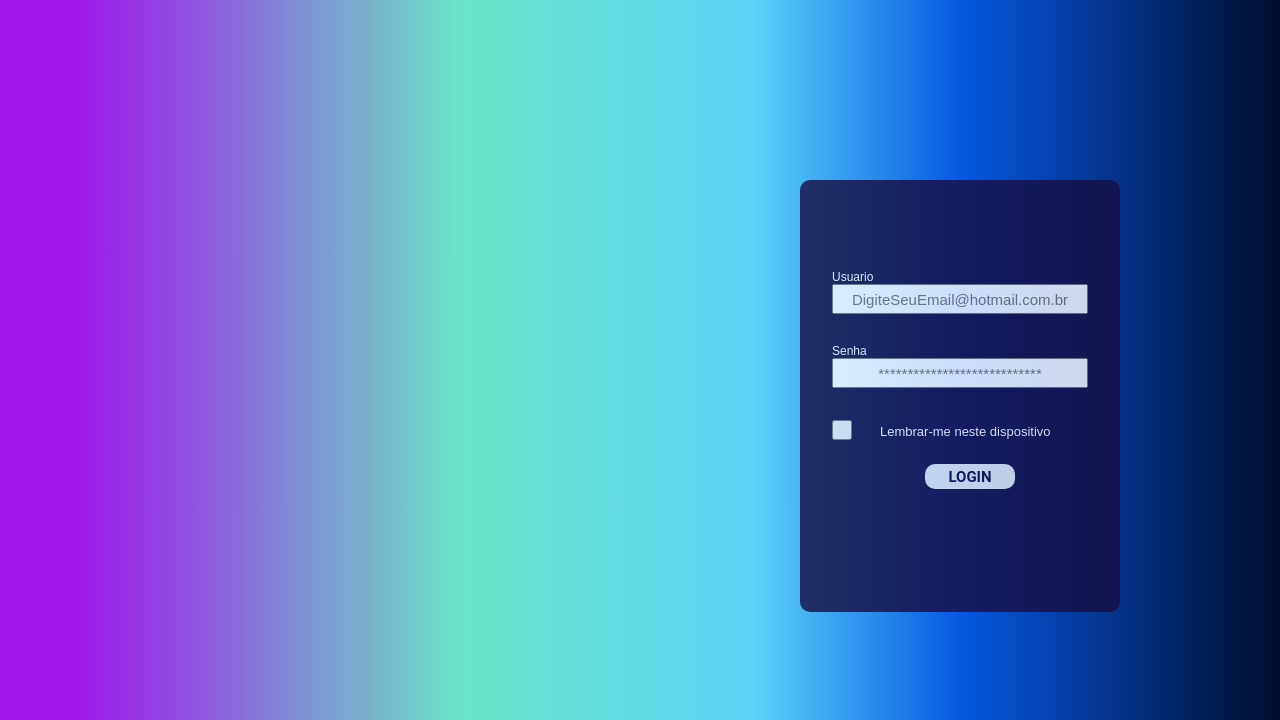
Repository: KevynMarques/Estudos-Reactjs-Firebase
Page: /
An editor plug-in stored every save of this project. The page is shown before and after the next save, followed by the edit.
The browser window is 1280 px wide. The pictures show the whole page.
The page's requests for data from a server got no answer. The project was rebuilt for these pictures with package versions that can differ from the ones it lists, and the page was loaded fresh each time. No one was signed in, and anything a server would have sent is missing. Also part of the build but not shown: src/Pages/Page2.jsx.

Above is the page before, as saved 2022-08-23 14:51:13.

### public/index.html
<!DOCTYPE html>
<html lang="pt-BR">
  <head>
    <meta charset="utf-8" />
    <link rel="icon" href="%PUBLIC_URL%/favicon.ico" />
    <meta name="viewport" content="width=device-width, initial-scale=1" />
    <meta name="theme-color" content="#000000" />
    <meta
      name="description"
      content="Web site created using create-react-app"
    />
    <link rel="apple-touch-icon" href="%PUBLIC_URL%/logo192.png" />
    <!--
      manifest.json provides metadata used when your web app is installed on a
      user's mobile device or desktop. See https://developers.google.com/web/fundamentals/web-app-manifest/
    -->
    <link rel="manifest" href="%PUBLIC_URL%/manifest.json" />
    <!--
      Notice the use of %PUBLIC_URL% in the tags above.
      It will be replaced with the URL of the `public` folder during the build.
      Only files inside the `public` folder can be referenced from the HTML.

      Unlike "/favicon.ico" or "favicon.ico", "%PUBLIC_URL%/favicon.ico" will
      work correctly both with client-side routing and a non-root public URL.
      Learn how to configure a non-root public URL by running `npm run build`.
    -->
    <title>Squad</title>
  </head>
  <body>
    <noscript>You need to enable JavaScript to run this app.</noscript>
    <div id="root"></div>
    <!--
      This HTML file is a template.
      If you open it directly in the browser, you will see an empty page.

      You can add webfonts, meta tags, or analytics to this file.
      The build step will place the bundled scripts into the <body> tag.

      To begin the development, run `npm start` or `yarn start`.
      To create a production bundle, use `npm run build` or `yarn build`.
    -->
  </body>
</html>

### src/App.jsx
import React from "react";
import Router from "./Routers/router";
import { GlobalStyle } from "./GlobalStyle";



function App() {
  return (
    <>
    <GlobalStyle/>
      <Router/>
    </>
  );
}

export default App;

### src/Routers/router.jsx
import { BrowserRouter, Routes, Route } from "react-router-dom";
import { Page1 } from "../Pages/Page1";
import { Page2 } from "../Pages/Page2";



export default () => {
  return (
    <>
    <BrowserRouter >
    <Routes >
      <Route path="/" element={<Page1 />} />
      <Route path="/Page2" element={<Page2 />} />
    </Routes>
    </BrowserRouter>
    </>
  );
}

### src/GlobalStyle.jsx

import { createGlobalStyle } from 'styled-components';

export const GlobalStyle = createGlobalStyle`
 * {
   margin: 0;
   padding: 0;
   box-sizing: border-box;
 }
`;

### src/Pages/Page1.jsx
import React from "react";
import { Login } from "../Components/Login/index";


export const Page1 = ()=>{
   return(
    <Login />
   );
}

### src/Components/Login/index.jsx
import React from "react";
import { authConfig } from "../../Auth/config";
import { BoxHome, BoxLogin, ButtomLogin, InputDeLogin, Remember, TextLogin, TextRemember, TextTittle} from "./style";






export const Login =()=>{
  return (
    <BoxHome>
      <TextTittle>

      </TextTittle>

    <BoxLogin>
       <TextLogin>Usuario</TextLogin>
       <InputDeLogin type="email" id="email" name="email" placeholder="DigiteSeuEmail@hotmail.com.br" />
       <TextLogin>Senha</TextLogin>
       <InputDeLogin type="text" id="password" name="password"  placeholder="****************************"/>
      <Remember />
      <TextRemember>Lembrar-me neste dispositivo</TextRemember>
     <ButtomLogin>
      LOGIN
     </ButtomLogin>
    </BoxLogin>
    </BoxHome>
  )
}

### src/Auth/config.jsx
import * as firebase from 'firebase/app';
import 'firebase/auth';

export const authConfig = firebase.initializeApp({
  apiKey: process.env.REACT_APP_FIREBASE_KEY,
  authDomain: process.env.REACT_APP_FIREBASE_DOMAIN,
  projectId: process.env.REACT_APP_FIREBASE_PROJECT_ID,
  storageBucket: process.env.REACT_APP_FIREBASE_STORAGE_BUCKET,
  messagingSenderId:process.env.REACT_APP_FIREBASE_SENDER_ID,
});

### src/Components/Login/style.jsx
import styled from "styled-components";

export const BoxHome = styled.div`
display: flex;
align-items: center;
justify-content: center;
background: rgb(159,22,235);
background: linear-gradient(90deg, rgba(159,22,235,1) 6%, rgba(106,228,197,1) 36%, rgba(91,210,249,1) 59%, rgba(6,88,226,1) 75%, rgba(0,13,45,1) 100%);
height: 100vh;
`;


export const TextTittle = styled.h1`


`;

export const BoxLogin = styled.div`
  width: 25vw;
  height: 60vh;
  background-color: #170d43;
  opacity: 0.8;
  border-radius: 10px;
  margin-top: 10vh;
  margin-left: 50vw;
  display: flex;
  flex-direction: column;
  padding-top: 60px;
`;

export const InputDeLogin = styled.input`
width: 80%;
margin-left: 10%;
height: 30px;
text-align: center;
font-size: 15px;

`;

export const TextLogin = styled.label`
 color: white;
 font-family: Arial, Helvetica, sans-serif;
 font-size: 12px;
 margin-left: 10%;
 margin-top: 30px;
`;


export const Remember = styled.button`
 width: 20px;
 height: 20px;
 margin-left: 10%;
 margin-top: 10%;
 cursor: pointer;
`;

export const TextRemember = styled.label`
  color: white;
  font-family: Arial, Helvetica, sans-serif;
  font-size: 13px;
  margin-left: 25%;
  margin-top: -5%;
`;


export const ButtomLogin = styled.button`
@import url('https://fonts.googleapis.com/css2?family=Macondo&family=Roboto:wght@500&display=swap');
 width: 90px;
 height: 25px;
 border: none;
 border-radius: 10px;
 font-weight: bold;
 font-family: 'Roboto', sans-serif;
 font-size: 15px;
 color:#170d43;
 margin-left: 125px;
 margin-top: 25px;
`;

Loaded but not shown: src/index.js (common file)

After the next save:
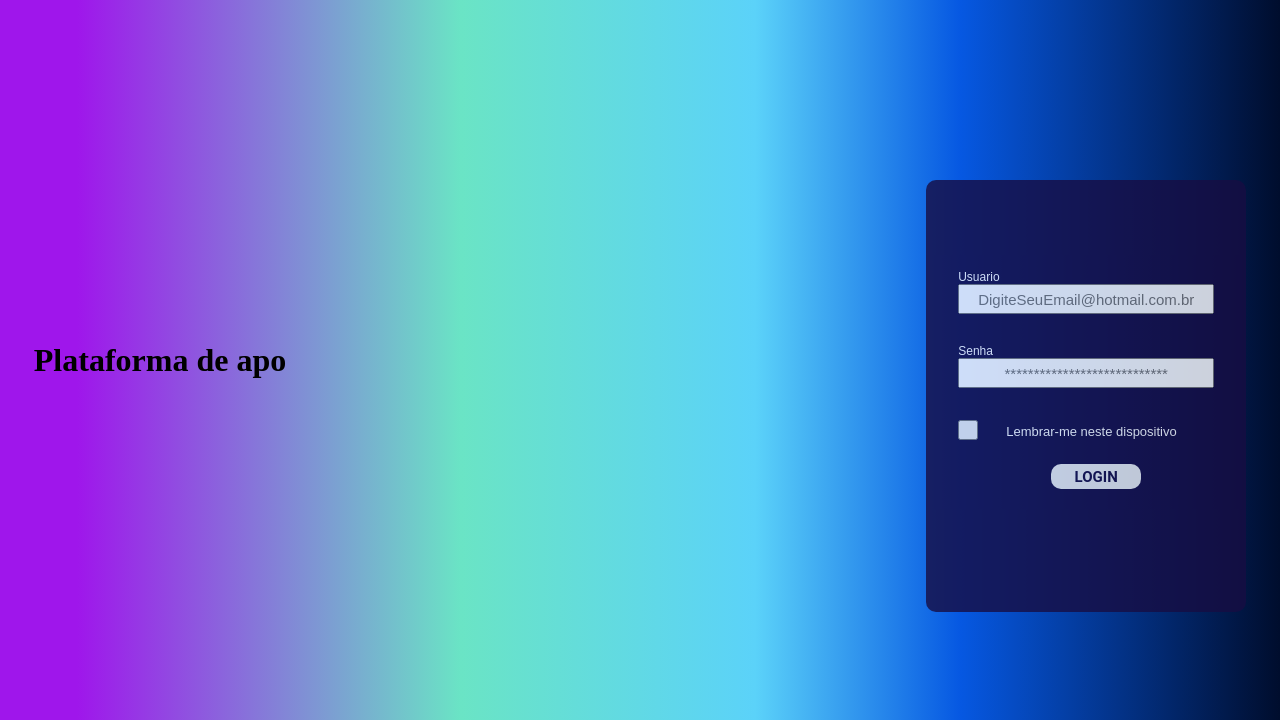
Saved 7 s later.
--- a/src/Components/Login/index.jsx
+++ b/src/Components/Login/index.jsx
@@ -11,7 +11,7 @@ export const Login =()=>{
   return (
     <BoxHome>
       <TextTittle>
-
+        Plataforma de apo
       </TextTittle>
 
     <BoxLogin>
